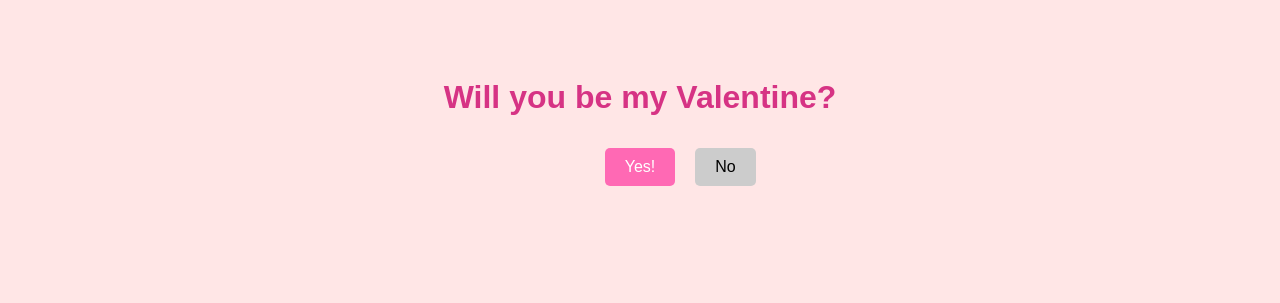
Repository: leeeeeedesu/projects
Page: index.html
These files come from the project's save history. The page is drawn as it stood at one moment and after the next save; the edit follows.
The browser window is 1280 px wide. The pictures show the whole page.

Above is the page before, as saved 2026-05-21 20:14:16.

### index.html
<!DOCTYPE html>
<html lang="en">
<head>
    <meta charset="UTF-8">
    <meta name="viewport" content="width=device-width, initial-scale=1.0">
    <title>Valentine's Proposal</title>
    <style>
        body {
            font-family: Arial, sans-serif;
            text-align: center;
            background-color: #ffe6e6;
            color: #d63384;
            padding: 50px;
        }
        button {
            margin: 10px;
            padding: 10px 20px;
            font-size: 16px;
            border: none;
            border-radius: 5px;
            cursor: pointer;
        }
        #yesBtn {
            background-color: #ff69b4;
            color: white;
        }
        #noBtn {
            background-color: #ccc;
            position: absolute;
            transition: transform 0.2s ease;
        }
        .heart {
    position: fixed;
    font-size: 24px;
    animation: floatUp 2s ease-out forwards;
    pointer-events: none;
}

@keyframes floatUp {
    0% {
        opacity: 1;
        transform: translateY(0) scale(1);
    }
    100% {
        opacity: 0;
        transform: translateY(-120px) scale(1.5);
    }
}



/* Shake on hover */
@keyframes shake {
    0% { transform: translateX(0); }
    25% { transform: translateX(-5px); }
    50% { transform: translateX(5px); }
    75% { transform: translateX(-5px); }
    100% { transform: translateX(0); }
}

#noBtn:hover {
    animation: shake 0.2s;
}

        #message {
            font-size: 18px;
            margin-top: 20px;
        }
    </style>
</head>
<body>
    <h1>Will you be my Valentine?</h1>
    <div id="buttons">
        <button id="yesBtn">Yes!</button>
        <button id="noBtn">No</button>
    </div>
    <div id="message"></div>

    <script>
    const popSound = new Audio("https://www.soundjay.com/buttons/sounds/button-09.mp3");
    const yesBtn = document.getElementById('yesBtn');
    const noBtn = document.getElementById('noBtn');
    const messageDiv = document.getElementById('message');
    const buttonsDiv = document.getElementById('buttons');

    let attempts = 0;
    let scale = 1;

    const convincingMessages = [
        "Please? I promise to be the best Valentine ever!",
        "You're breaking my heart! 😭",
        "Please Lovelove, huhuhu",
        "Pleaseeeeee",
        "I beg you my loveeeeeee",
        "Okay fine 😔"
    ];
    function createHeart(x, y) {
    const heart = document.createElement("div");
    heart.className = "heart";
    heart.textContent = "❤️";

    heart.style.left = x + "px";
    heart.style.top = y + "px";

    document.body.appendChild(heart);

    setTimeout(() => {
        heart.remove();
    }, 2000);
}

    function askAgain() {
        attempts++;

        // Message update
        messageDiv.textContent =
            convincingMessages[Math.min(attempts - 1, convincingMessages.length - 1)];

        // Shrink button
        scale *= 0.8;
        const rotation = Math.random() * 360;

        noBtn.style.transform = `scale(${scale}) rotate(${rotation}deg)`;

        // Random position
        const maxX = window.innerWidth - noBtn.offsetWidth;
        const maxY = window.innerHeight - noBtn.offsetHeight;

        noBtn.style.left = Math.random() * maxX + "px";
        noBtn.style.top = Math.random() * maxY + "px";

        // Final disappearance
        if (scale < 0.25) {
            noBtn.style.display = "none";
            messageDiv.textContent = "WAHAHAHAHA, Hindi pwede and no😁😁";
        }
    }

    yesBtn.addEventListener('click', (e) => {
    popSound.play();

    for (let i = 0; i < 20; i++) {
        createHeart(
            e.clientX + (Math.random() * 100 - 50),
            e.clientY + (Math.random() * 100 - 50)
        );
    }

    messageDiv.textContent = "Yay! You said YES! Happy Valentine’s Day ❤️🥰";
    buttonsDiv.style.display = 'none';
});


    noBtn.addEventListener('click', askAgain);
</script>

</body>
</html>

After the next save:
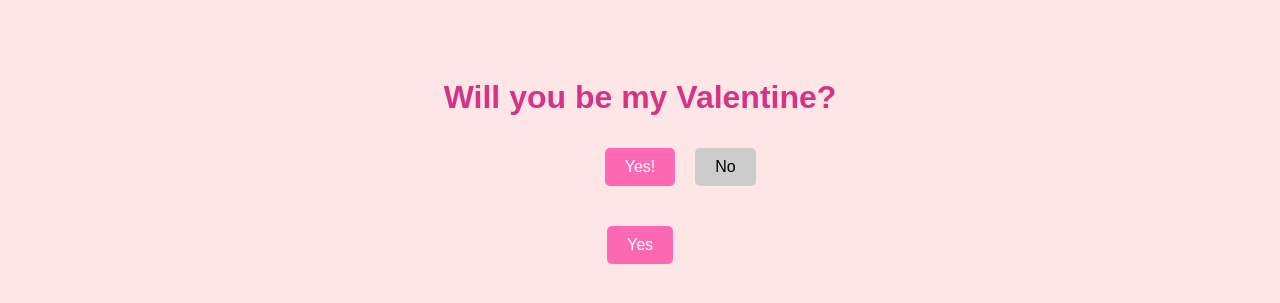
Saved 23 s later.
--- a/index.html
+++ b/index.html
@@ -153,6 +153,18 @@
 
     noBtn.addEventListener('click', askAgain);
 </script>
+<button id="yesBtn">Yes</button>
+<script>
+  document.getElementById("yesBtn").addEventListener("click", async () => {
+    await fetch("http://localhost:3000/send-email", {
+      method: "POST",
+      headers: { "Content-Type": "application/json" },
+      body: JSON.stringify({ response: "Yes to your proposal" })
+    });
+    alert("Email request sent!");
+  });
+</script>
+
 
 </body>
 </html>

After the 4 saves that followed:
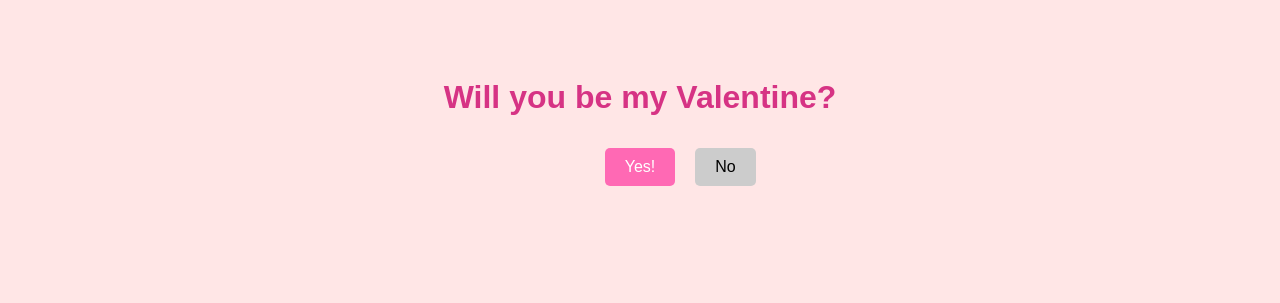
The 4 saves are shown as one change because 1 left the picture as it was and some came seconds apart.
The last was saved 80 s later.
--- a/index.html
+++ b/index.html
@@ -153,18 +153,6 @@
 
     noBtn.addEventListener('click', askAgain);
 </script>
-<button id="yesBtn">Yes</button>
-<script>
-  document.getElementById("yesBtn").addEventListener("click", async () => {
-    await fetch("http://localhost:3000/send-email", {
-      method: "POST",
-      headers: { "Content-Type": "application/json" },
-      body: JSON.stringify({ response: "Yes to your proposal" })
-    });
-    alert("Email request sent!");
-  });
-</script>
-
 
 </body>
 </html>
